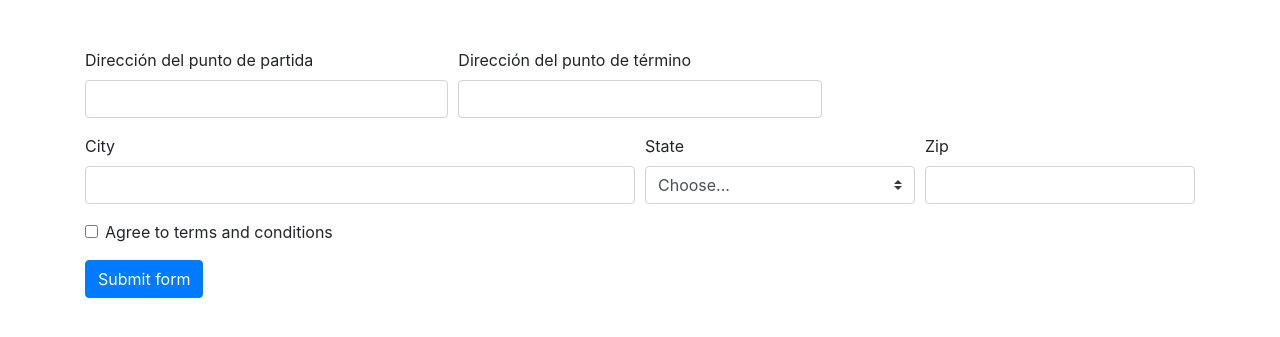
Repository: Jassan851031/foreachTask
Page: /
The author's editor kept a copy of each file at every save. The page is drawn from the files as they stood at one save, then again after the next save.
The browser window is 1280 px wide. The pictures show the whole page.
The project was rebuilt for these pictures with package versions that can differ from the ones it lists, and the page was loaded fresh each time. Also part of the build but not shown: src/App.css.

Above is the page before, as saved 2020-03-23 14:59:38.

After the next save:
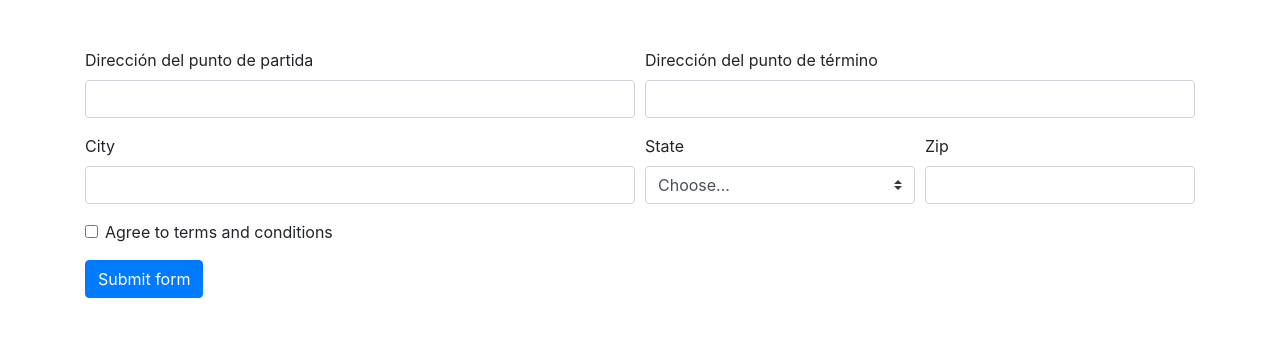
Saved 14 s later.
--- a/src/App.js
+++ b/src/App.js
@@ -8,11 +8,11 @@ function App() {
         <div className="col-md-12">
           <form>
             <div className="form-row">
-              <div className="col-md-4 mb-3">
+              <div className="col-md-6 mb-3">
               <label className="form-label">Dirección del punto de partida</label>
                 <input type="text" className="form-control" id="validationDefault01" required />
               </div>
-              <div className="col-md-4 mb-3">
+              <div className="col-md-6 mb-3">
               <label className="form-label">Dirección del punto de término</label>
                 <input type="text" className="form-control" id="validationDefault02" required />
               </div>
